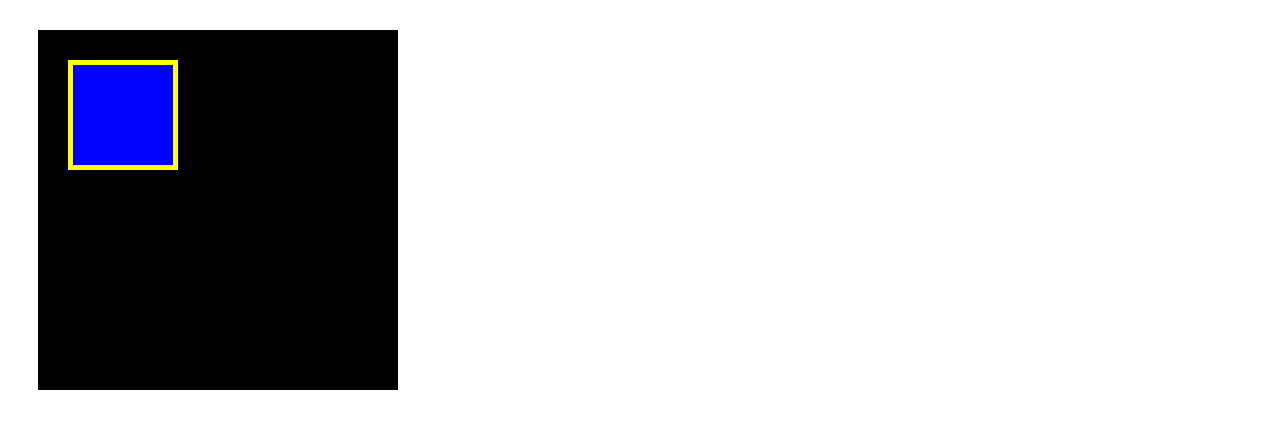
Repository: pooh0721/-
Page: box/box.html
The author's editor kept a record of every edit. The page is drawn from the files as they stood at one moment, then again after the next edit.
The browser window is 1280 px wide. The pictures show the whole page.

Above is the page before.

After the next edit:
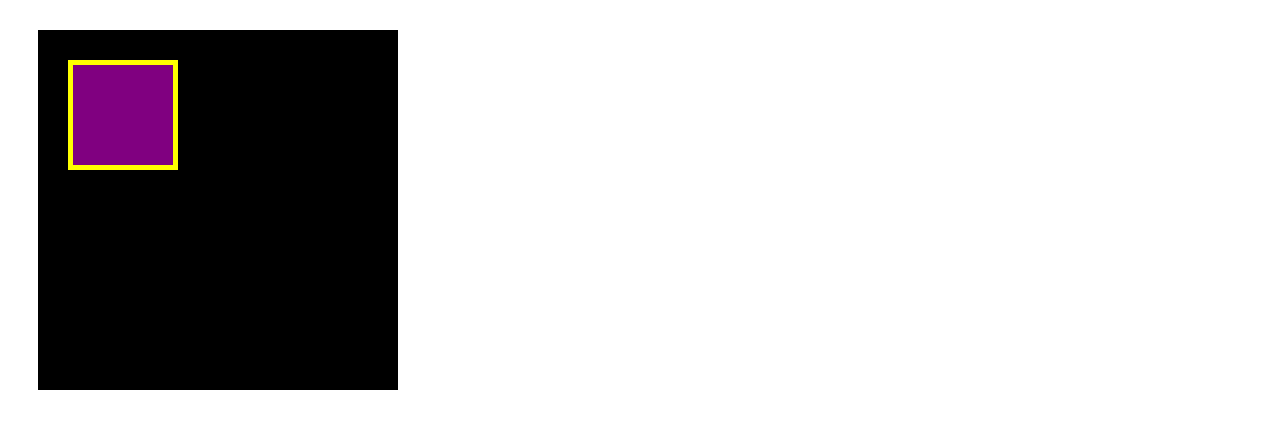
The edit:
--- a/box/box.css
+++ b/box/box.css
@@ -10,7 +10,7 @@
 .box2 {
   width: 100px;
   height: 100px;
-  background-color: blue;
+  background-color: purple;
   border: 5px solid yellow;
 
 
